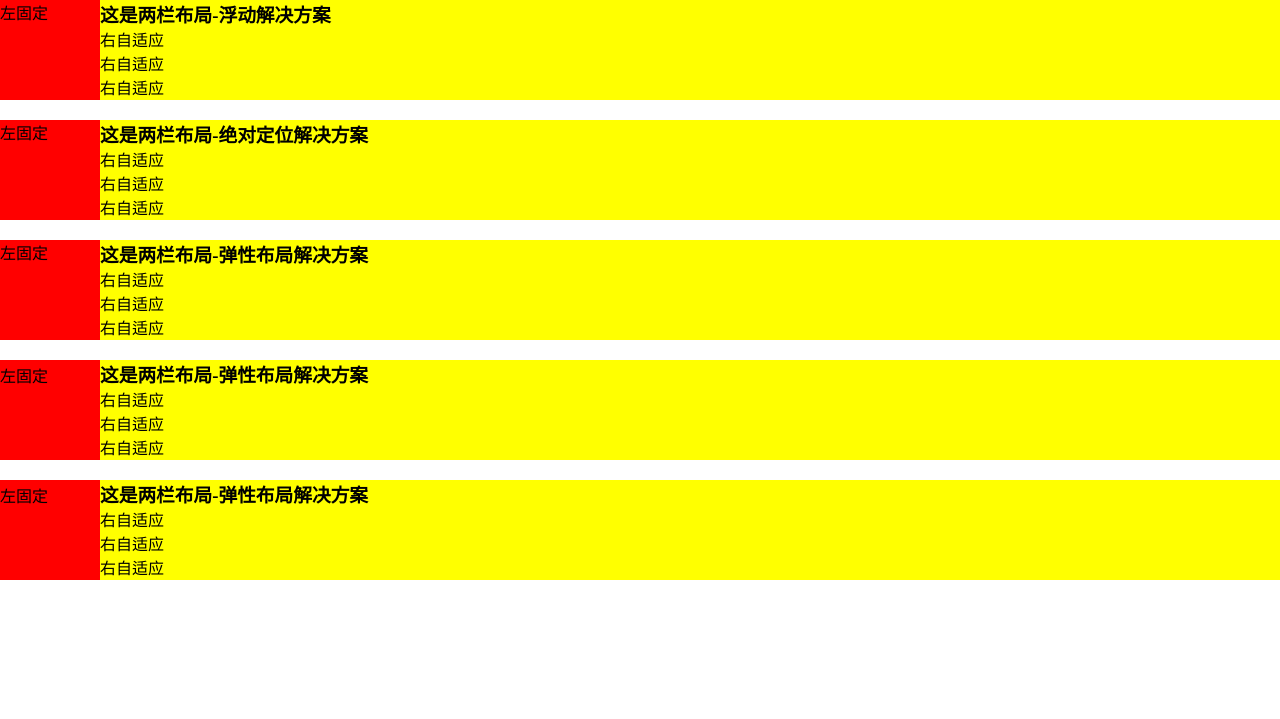
Repository: Qianfane/Blog
Page: 面试相关/测试/2-1、两栏布局-左固定右自适应.html
An editor plug-in stored every save of this project. The page is shown before and after the next save, followed by the edit.
The browser window is 1280 px wide. The pictures show the whole page.

Above is the page before, as saved 2022-01-03 16:16:20.

After the next save:
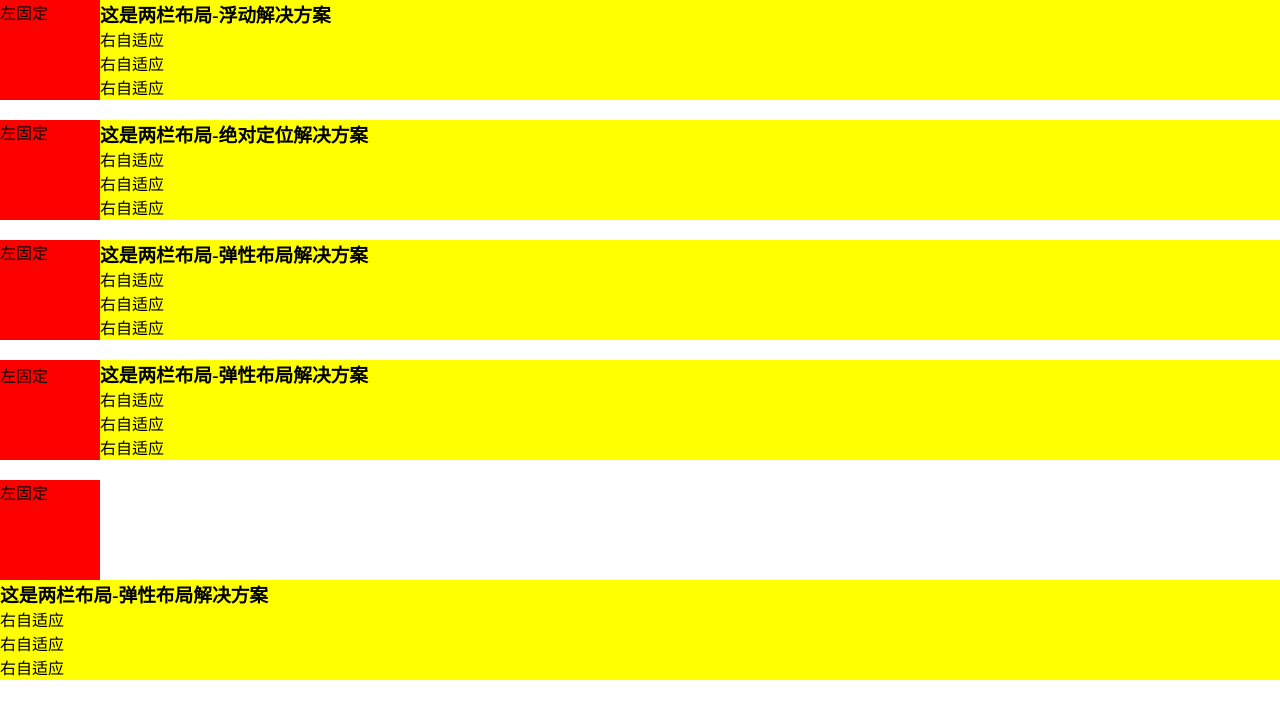
Saved 14 s later.
--- a/面试相关/测试/2-1、两栏布局-左固定右自适应.html
+++ b/面试相关/测试/2-1、两栏布局-左固定右自适应.html
@@ -146,23 +146,23 @@
     </section>
 
     <!-- 网格布局解决方案 -->
-    <section class="layout table">
+    <section class="layout grid">
         <style>
-            .layout.table .left-right {
-                display: table;
+            .layout.grid .left-right {
+                display: grid;
 
                 width: 100%;
                 height: 100px;
             }
 
-            .layout.table .left {
+            .layout.grid .left {
                 display: table-cell;
 
                 width: 100px;
                 background: red;
             }
 
-            .layout.table .right {
+            .layout.grid .right {
                 display: table-cell;
 
                 /* width: 100%; */
